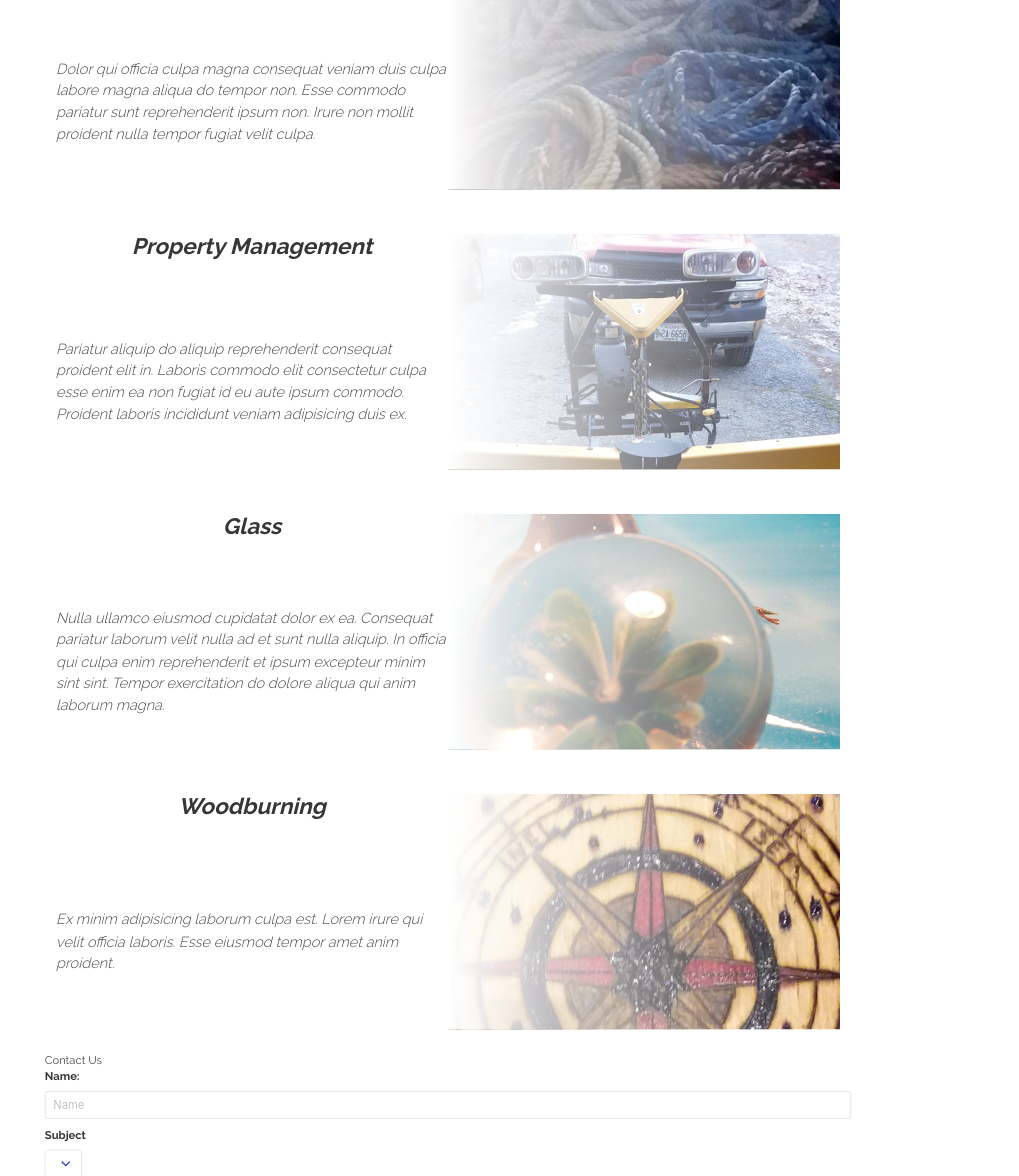
Repository: toddmcbrearty/duckpaddleduo
Page: /
The author's editor kept a copy of each file at every save. The page is drawn from the files as they stood at one save, then again after the next save.
The browser window is 1280 px wide. The page is 1456 px wide, so the pictures cover 1456 px, including what lies to the right of the window. The pictures show the part of the page from y = 1915 to 3595 px (the page is 3595 px tall before and 3415 px after), at 70% of full size.
Some web fonts or font styles are not loaded; a fallback is used. The project was rebuilt for these pictures with package versions that can differ from the ones it lists, and the page was loaded fresh each time.

Above is the page before, as saved 2018-12-12 12:20:12.

After the next save:
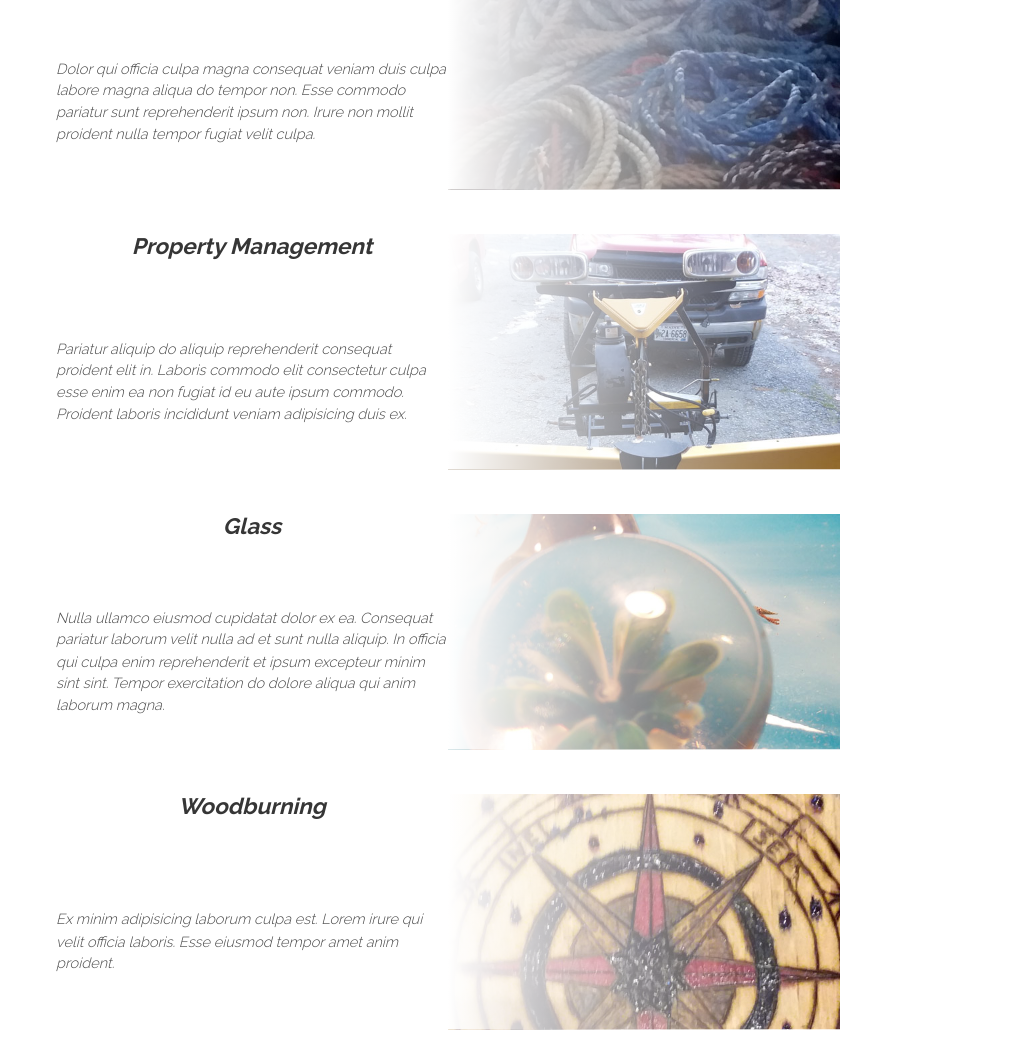
Saved 47 s later.
--- a/src/components/Contact.vue
+++ b/src/components/Contact.vue
@@ -14,7 +14,7 @@
         <div class="control">
           <div class="select">
             <select>
-              <option v-for></option>
+              <option v-for="service in store.services" v-text="service.name"></option>
             </select>
           </div>
         </div>
